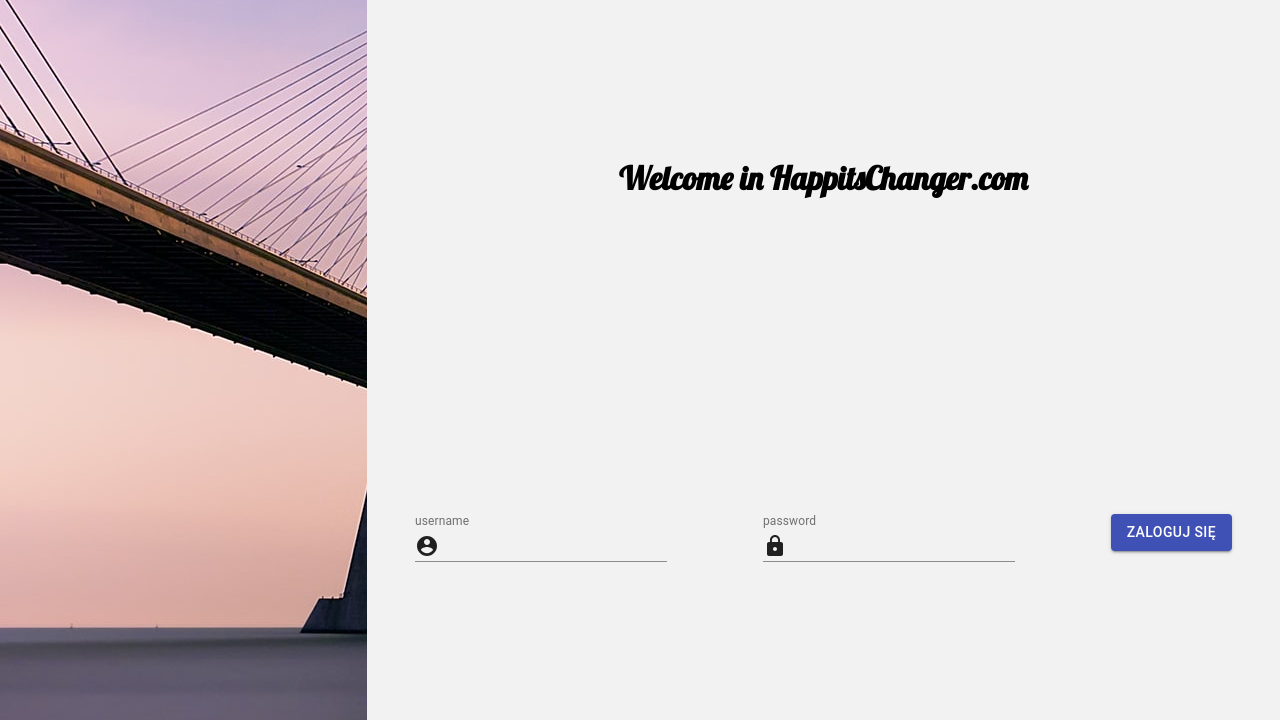
Repository: pgruca96/HappitsChanger
Page: /
These files come from the project's save history. The page is drawn as it stood at one moment and after the next save; the edit follows.
The browser window is 1280 px wide. The pictures show the whole page.
The project was rebuilt for these pictures with package versions that can differ from the ones it lists, and the page was loaded fresh each time.

Above is the page before, as saved 2020-10-24 12:23:05.

After the next save:
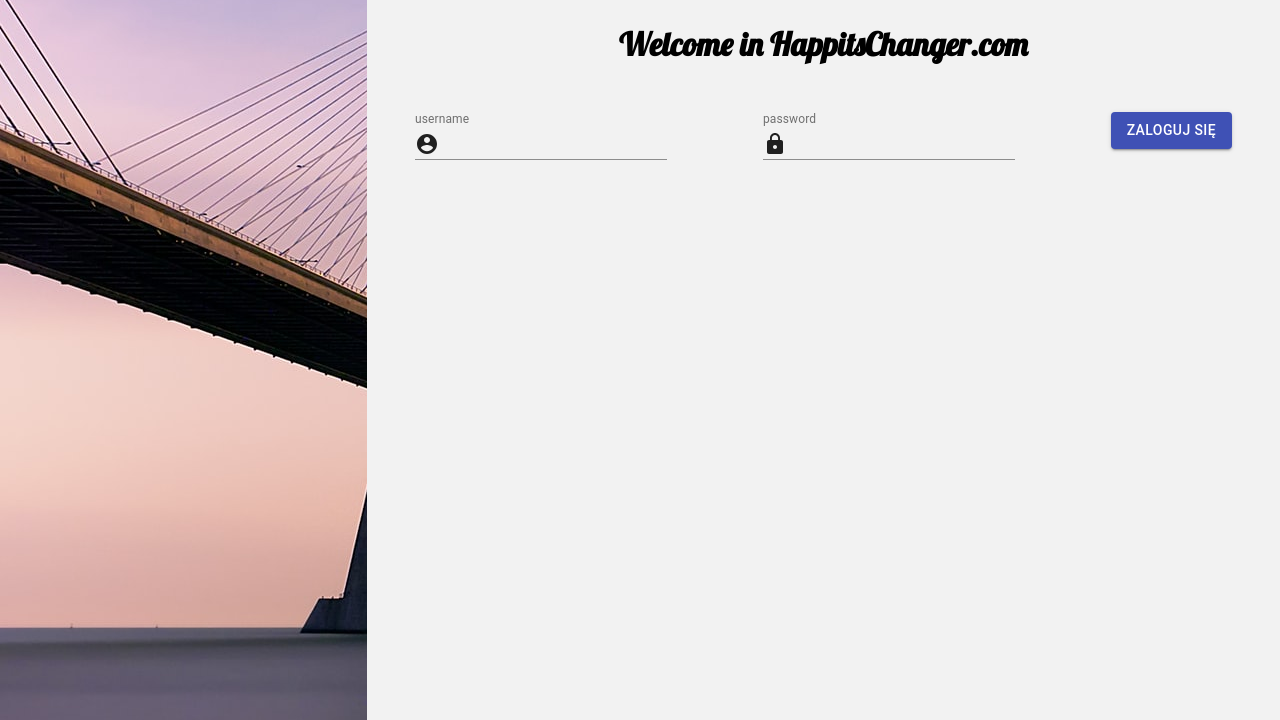
Saved 51 s later.
--- a/src/styles/Form.js
+++ b/src/styles/Form.js
@@ -1,14 +1,10 @@
 import { makeStyles } from "@material-ui/core/styles";
+import { ColumnCenter } from "../styles/columnCenter";
 
 export const useStyles = makeStyles((theme) => ({
   form: {
     background: "#f2f2f2",
-    display: "flex",
-    flexDirection: "column",
-    justifyContent: "space-around",
-    alignItems: "center",
-    // padding: "0 5%",
-    // height: "inherit",
+    ColumnCenter,
   },
   margin: {
     margin: theme.spacing(3, 6),
